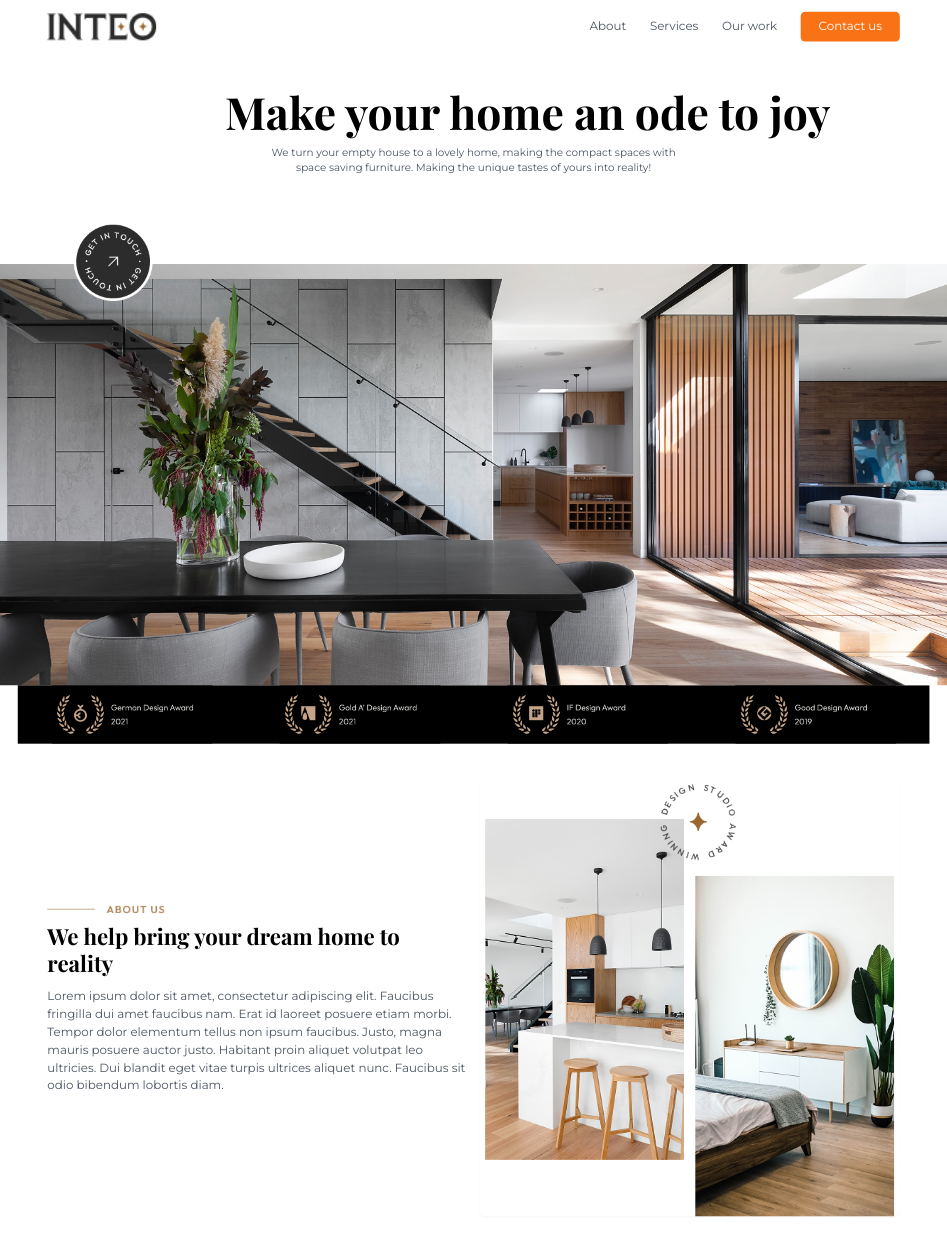
Repository: CatherinneJ/responsive-tailwind-website
Page: tailwind.html
The author's editor kept a copy of each file at every save. The page is drawn from the files as they stood at one save, then again after the next save.
The browser window is 1280 px wide. The pictures show the whole page, at 74% of full size.
Some web libraries are served in a nearby version.

Above is the page before, as saved 2025-05-21 19:15:41.

### tailwind.html
<!DOCTYPE html>
<html lang="en">
<head>
    <meta charset="UTF-8">
    <meta name="viewport" content="width=device-width, initial-scale=1.0">
    <title>NTEO - Make your home an ode to joy</title>
    <script src="https://cdn.tailwindcss.com"></script>
    <link href="https://fonts.googleapis.com/css2?family=Playfair+Display:wght@400;700&family=Montserrat:wght@300;400;500;600&display=swap" rel="stylesheet">
    <style>
        .font-playfair {
            font-family: 'Playfair Display', serif;
        }
        body {
            font-family: 'Montserrat', sans-serif;
        }
    </style>
</head>
<body class="bg-white">
    <header class="py-3 px-4 sm:py-4 sm:px-6 lg:px-16">
        <nav class="flex justify-between items-center">
            <img src="./Assets/Logo.png" alt="logo" class="h-8 sm:h-10">
            <ul class="flex space-x-4 sm:space-x-6 md:space-x-8 items-center">
                <li class="hidden sm:inline-block text-gray-600 hover:text-black text-sm sm:text-base">About</li>
                <li class="hidden sm:inline-block text-gray-600 hover:text-black text-sm sm:text-base">Services</li>
                <li class="hidden md:inline-block text-gray-600 hover:text-black text-sm sm:text-base">Our work</li>
                <li class="bg-orange-500 text-white px-4 py-1 sm:px-6 sm:py-2 rounded-md hover:bg-orange-600 text-sm sm:text-base">Contact us</li>
            </ul>
        </nav>
    </header>
    <section class="flex flex-col items-center justify-center px-4 sm:px-6 lg:px-16 pt-6 pb-3 sm:pt-8 sm:pb-4 md:pt-12 md:pb-8 text-center">
        <h1 class="text-3xl sm:text-4xl md:text-5xl lg:text-6xl font-bold whitespace-normal sm:whitespace-nowrap font-playfair mb-3 sm:mb-4 max-w-2xl">
            Make your home an ode to joy
        </h1>

        <p class="text-base sm:text-lg md:text-sm text-gray-600 mb-6 sm:mb-8 max-w-md sm:max-w-xl">
            We turn your empty house to a lovely home, making the compact spaces with space saving furniture. Making the unique tastes of yours into reality!
        </p>
    </section>

    <section class="mt-0">
        <img src="./Assets/Creative.png" class="w-full sm:whitespace-wrap" alt="Creative">
    </section>

  <section id="awards" class="mt-0 px-4 sm:px-6">
 <div class="grid grid-cols-1 md:grid-cols-2 lg:grid-cols-4 gap-4 px-2 bg-black">
       <img src="./Assets/Awards1.png" class="w-3/4 mx-auto bg-black p-2 rounded-sm" alt="award1">
<img src="./Assets/Awards 2.png" class="w-3/4 mx-auto bg-black p-2 rounded-sm" alt="award2">
<img src="./Assets/Awards 3.png" class="w-3/4 mx-auto bg-black p-2 rounded-sm" alt="award3">
<img src="./Assets/Awards 4.png" class="w-3/4 mx-auto bg-black p-2 rounded-sm" alt="award4">
    </div>
</section>

    <section class="flex flex-col md:flex-row items-center gap-3 sm:gap-4 px-4 sm:px-6 lg:px-16 py-6 sm:py-8 md:py-12">
        <div class="md:w-1/2 order-2 md:order-1 mt-4 md:mt-0">

            <img src="./Assets/Eyebrow.png" class="mb-2 h-6 sm:h-4 md:h-5" alt="About us">

            <h2 class="text-xl sm:text-2xl md:text-3xl font-playfair font-bold mb-3 sm:mb-4">
                We help bring your dream home to reality
            </h2>
            <p class="text-gray-600 text-sm sm:text-base">
                Lorem ipsum dolor sit amet, consectetur adipiscing elit. Faucibus fringilla dui amet faucibus nam. Erat id laoreet posuere etiam morbi. Tempor dolor elementum tellus non ipsum faucibus. Justo, magna mauris posuere auctor justo. Habitant proin aliquet volutpat leo ultricies. Dui blandit eget vitae turpis ultrices aliquet nunc. Faucibus sit odio bibendum lobortis diam.
            </p>
        </div>
        <div class="md:w-1/2 order-1 md:order-2">
            <img src="./Assets/Section.png" alt="Home design" class="w-full rounded-lg shadow-sm">
        </div>
    </section>
</body>
</html>

After the next save:
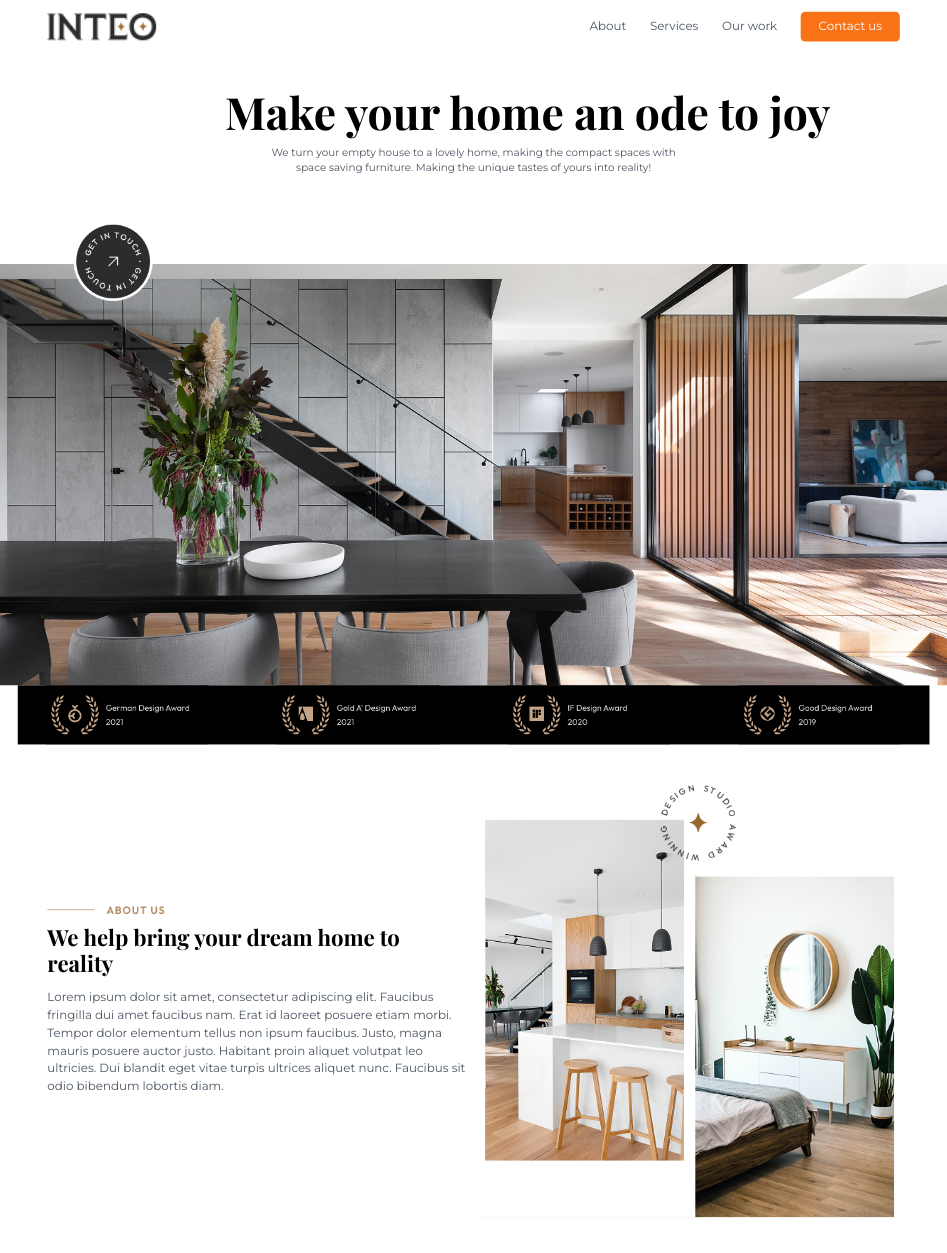
Saved 12 s later.
--- a/tailwind.html
+++ b/tailwind.html
@@ -42,7 +42,7 @@
     </section>
 
   <section id="awards" class="mt-0 px-4 sm:px-6">
- <div class="grid grid-cols-1 md:grid-cols-2 lg:grid-cols-4 gap-4 px-2 bg-black">
+ <div class="grid grid-cols-1 md:grid-cols-2 lg:grid-cols-4 gap-4 bg-black">
        <img src="./Assets/Awards1.png" class="w-3/4 mx-auto bg-black p-2 rounded-sm" alt="award1">
 <img src="./Assets/Awards 2.png" class="w-3/4 mx-auto bg-black p-2 rounded-sm" alt="award2">
 <img src="./Assets/Awards 3.png" class="w-3/4 mx-auto bg-black p-2 rounded-sm" alt="award3">

After the save that followed:
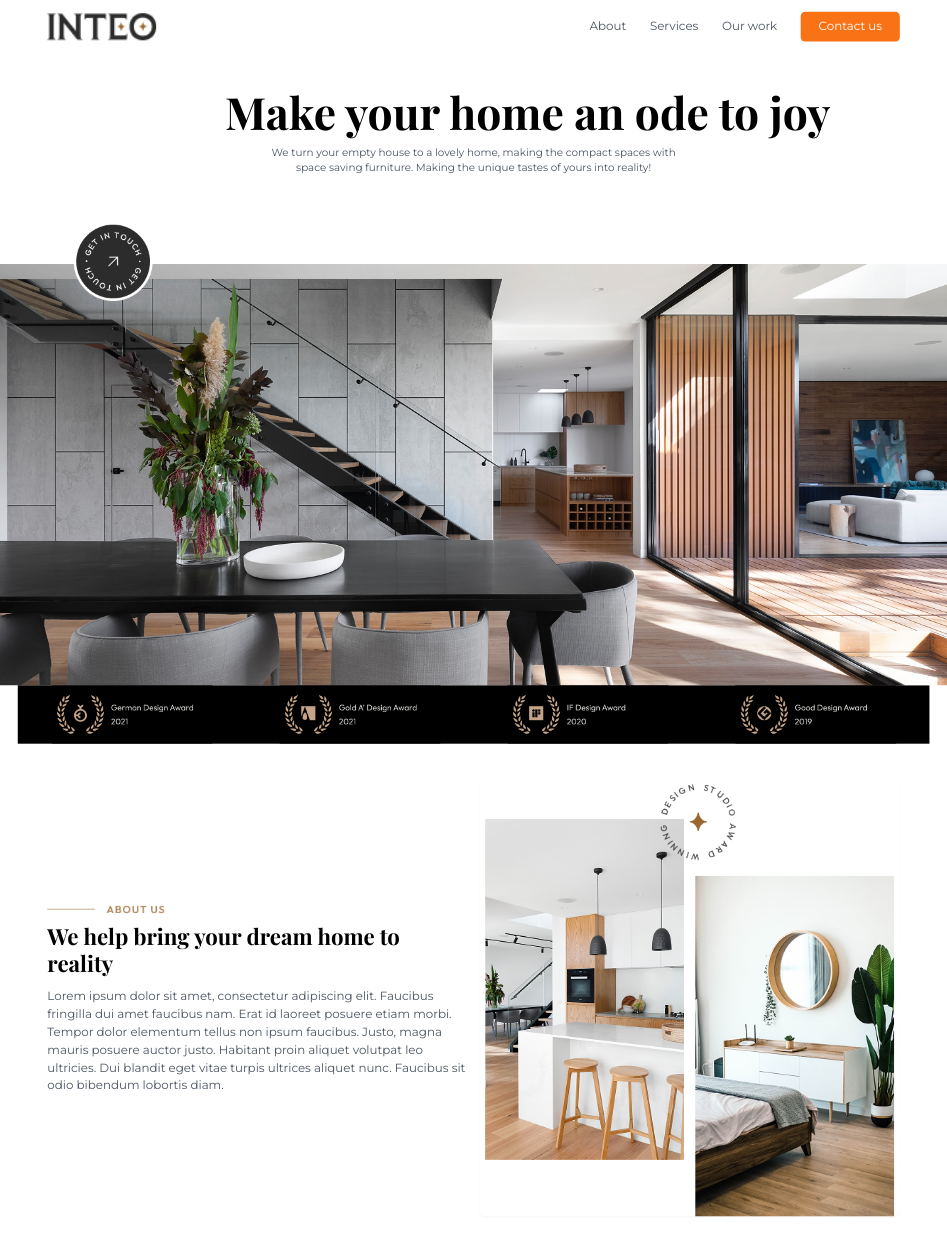
Saved 8 s later.
--- a/tailwind.html
+++ b/tailwind.html
@@ -42,7 +42,7 @@
     </section>
 
   <section id="awards" class="mt-0 px-4 sm:px-6">
- <div class="grid grid-cols-1 md:grid-cols-2 lg:grid-cols-4 gap-4 bg-black">
+ <div class="grid grid-cols-1 md:grid-cols-2 lg:grid-cols-4 gap-4 px-2 bg-black">
        <img src="./Assets/Awards1.png" class="w-3/4 mx-auto bg-black p-2 rounded-sm" alt="award1">
 <img src="./Assets/Awards 2.png" class="w-3/4 mx-auto bg-black p-2 rounded-sm" alt="award2">
 <img src="./Assets/Awards 3.png" class="w-3/4 mx-auto bg-black p-2 rounded-sm" alt="award3">
